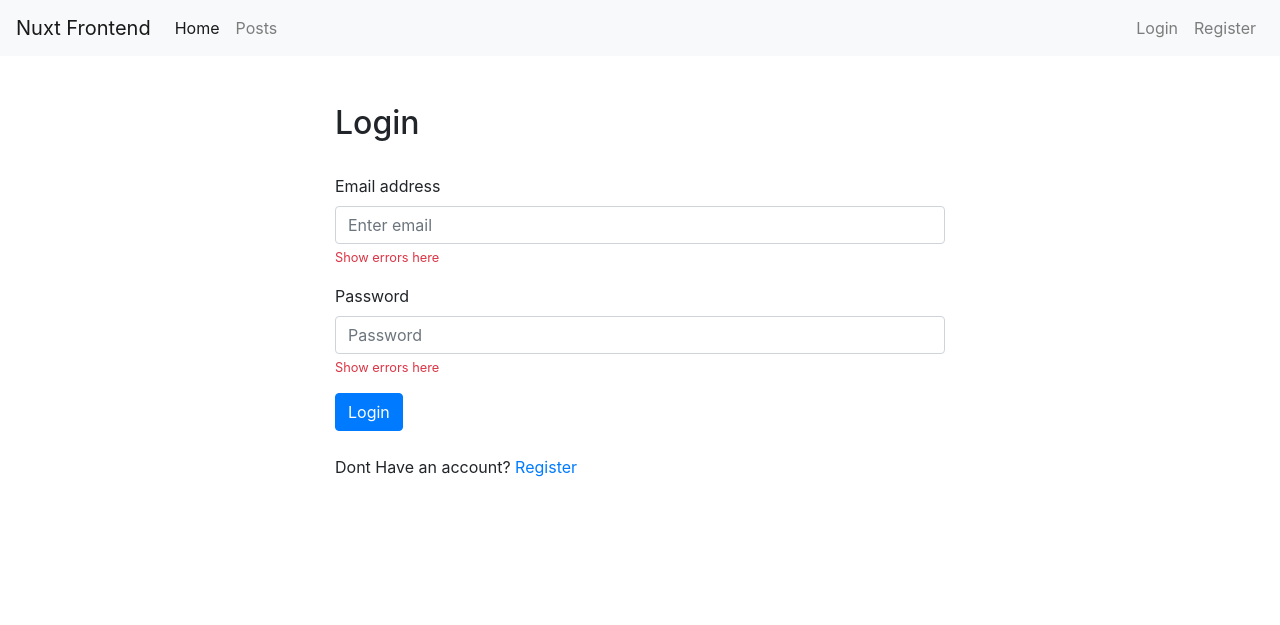
Repository: kazu62/lara-nuxt-front
Page: /register
These files come from the project's save history. The page is drawn as it stood at one moment and after the next save; the edit follows.
The browser window is 1280 px wide. The pictures show the whole page.
The project was rebuilt for these pictures with package versions that can differ from the ones it lists, and the page was loaded fresh each time. The framework's server and built-in components were replaced by stand-ins that run in the browser. Also part of the build but not shown: nuxt.config.js.

Above is the page before, as saved 2018-11-26 23:24:17.

After the next save:
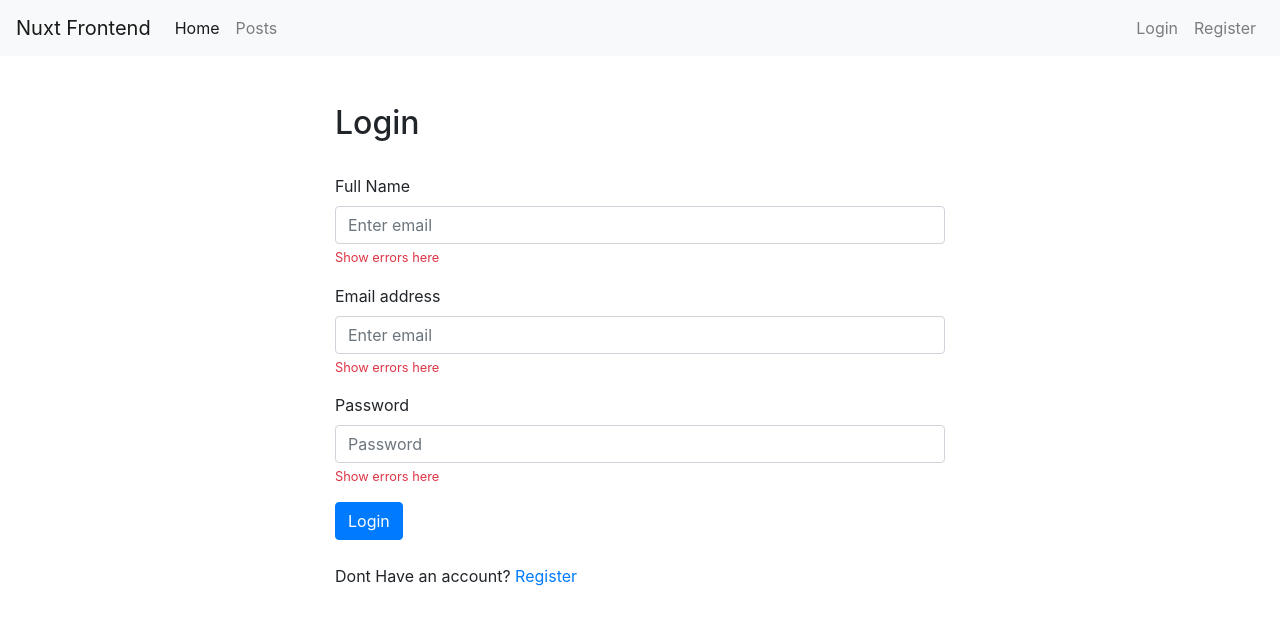
Saved 28 s later.
--- a/pages/register.vue
+++ b/pages/register.vue
@@ -3,6 +3,11 @@
     <h2>Login</h2>
     <form>
       <br>
+      <div class="form-group">
+        <label>Full Name</label>
+        <input type="email" class="form-control" placeholder="Enter email">
+        <small class="form-text text-danger">Show errors here</small>
+      </div>
       <div class="form-group">
         <label>Email address</label>
         <input type="email" class="form-control" placeholder="Enter email">
